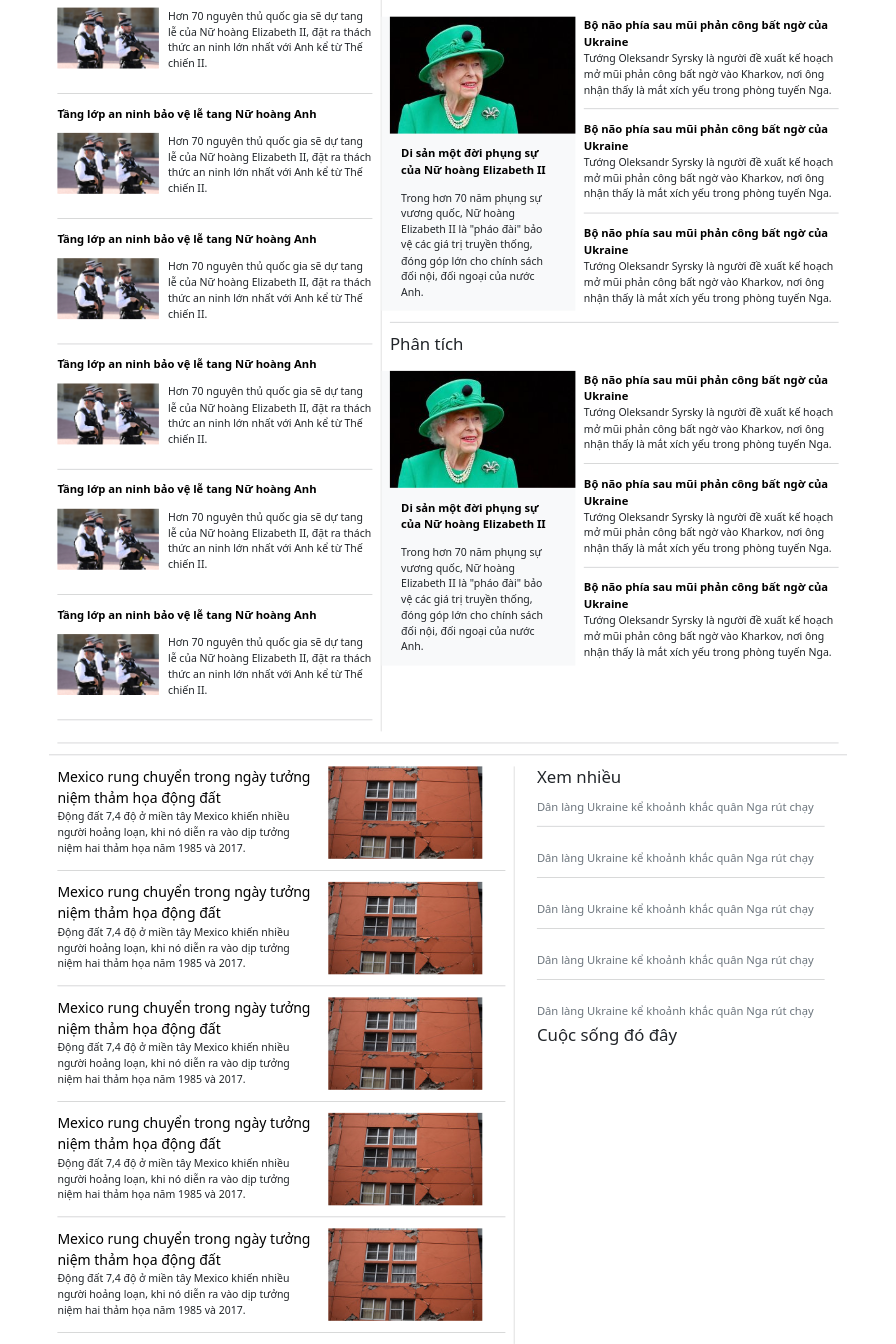
Repository: trongtamdev/lession1_html_sleepcloud
Page: vnExpress.html
These files come from the project's save history. The page is drawn as it stood at one moment and after a run of saves; the edit follows.
The browser window is 1280 px wide. The pictures show the part of the page from y = 707 to 2627 px (the page is 2627 px tall), at 70% of full size.

Above is the page before, as saved 2022-09-20 15:30:17.

After the next 3 saves:
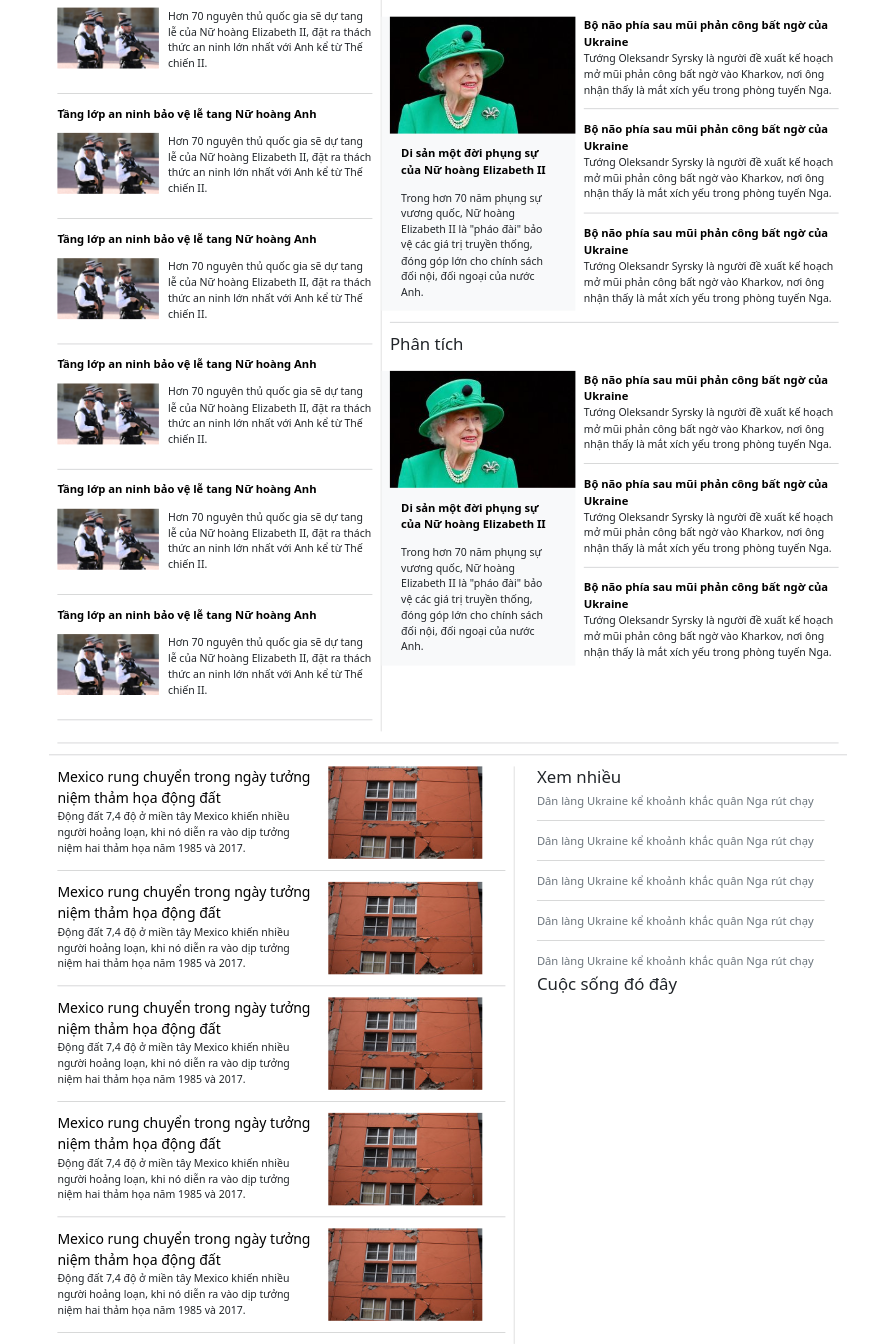
The 3 saves are shown as one change because they came seconds apart.
The last was saved 35 s later.
--- a/vnExpress.html
+++ b/vnExpress.html
@@ -456,39 +456,41 @@
         <!--END: CONTENT LIST 7-->
         <div class="col-lg-5">
           <div class="row mx-2">
-            <h4>Xem nhiều</h4>
-            <div class="my-2">
-              <a class="text-muted" href="#"
-                >Dân làng Ukraine kể khoảnh khắc quân Nga rút chạy
-              </a>
-              <hr />
-            </div>
-
-            <div class="my-2">
-              <a class="text-muted" href="#"
-                >Dân làng Ukraine kể khoảnh khắc quân Nga rút chạy
-              </a>
-              <hr />
-            </div>
-
-            <div class="my-2">
-              <a class="text-muted" href="#"
-                >Dân làng Ukraine kể khoảnh khắc quân Nga rút chạy
-              </a>
-              <hr />
-            </div>
-
-            <div class="my-2">
-              <a class="text-muted" href="#"
-                >Dân làng Ukraine kể khoảnh khắc quân Nga rút chạy
-              </a>
-              <hr />
-            </div>
-
-            <div class="my-2">
-              <a class="text-muted" href="#"
-                >Dân làng Ukraine kể khoảnh khắc quân Nga rút chạy
-              </a>
+            <div class="">
+              <h4>Xem nhiều</h4>
+              <div class="my-2">
+                <a class="text-muted" href="#"
+                  >Dân làng Ukraine kể khoảnh khắc quân Nga rút chạy
+                </a>
+                <hr />
+              </div>
+
+              <div class="my-2">
+                <a class="text-muted" href="#"
+                  >Dân làng Ukraine kể khoảnh khắc quân Nga rút chạy
+                </a>
+                <hr />
+              </div>
+
+              <div class="my-2">
+                <a class="text-muted" href="#"
+                  >Dân làng Ukraine kể khoảnh khắc quân Nga rút chạy
+                </a>
+                <hr />
+              </div>
+
+              <div class="my-2">
+                <a class="text-muted" href="#"
+                  >Dân làng Ukraine kể khoảnh khắc quân Nga rút chạy
+                </a>
+                <hr />
+              </div>
+
+              <div class="my-2">
+                <a class="text-muted" href="#"
+                  >Dân làng Ukraine kể khoảnh khắc quân Nga rút chạy
+                </a>
+              </div>
             </div>
 
             <h4>Cuộc sống đó đây</h4>
